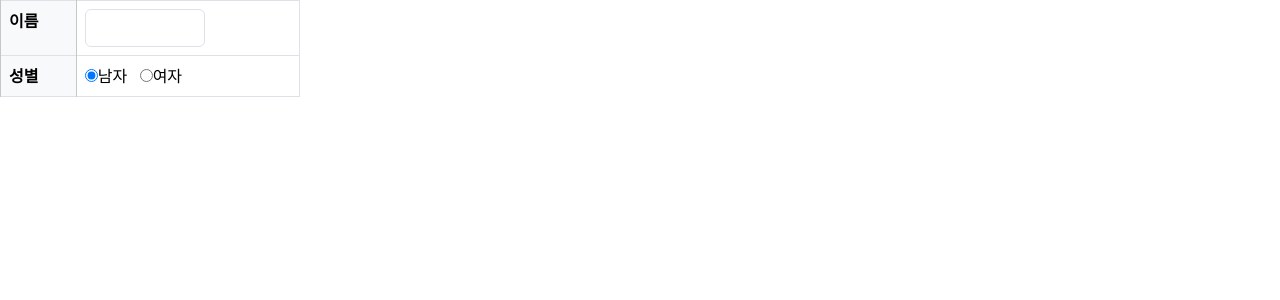
Repository: UZCHA/Sist0103Project
Page: http://localhost/SpringMvcFileUploadEx6/shop/form1
An editor plug-in stored every save of this project. The page is shown before and after the next save, followed by the edit.
The browser window is 1280 px wide. The pictures show the whole page.
Some web fonts or font styles are not loaded; a fallback is used. The page is served by Tomcat 9.

Above is the page before, as saved 2024-05-07 02:27:38.

After the next save:
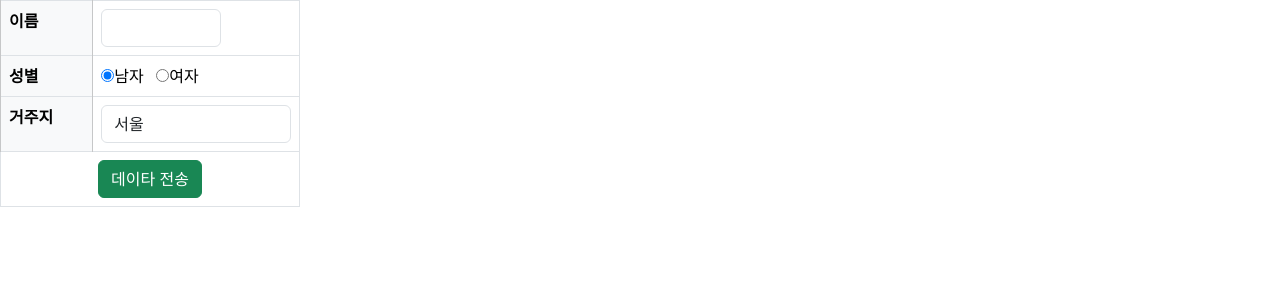
Saved 2 min 27 s later.
--- a/sts3work/SpringMvcFileUploadEx6/src/main/webapp/WEB-INF/day0507/form1.jsp
+++ b/sts3work/SpringMvcFileUploadEx6/src/main/webapp/WEB-INF/day0507/form1.jsp
@@ -28,6 +28,25 @@
 				<input type="radio" name="gender" value="여자">여자
 			</td>
 		</tr>
+
+		<tr>
+			<th class="table-light">거주지</th>
+			<td>
+				<select name="addr" class="form-control">
+					<option value="서울">서울</option>
+					<option value="인천">인천</option>
+					<option value="경기">경기</option>
+					<option value="대전">대전</option>
+					<option value="부산">부산</option>
+					<option value="제주도">제주도</option>
+				</select>
+			</td>
+		</tr>
+		<tr>
+			<td colspan="2" align="center">
+				<button type="submit" class="btn btn-success">데이타 전송</button>
+			</td>
+		</tr>
 	</table>
 </form>
 </body>
